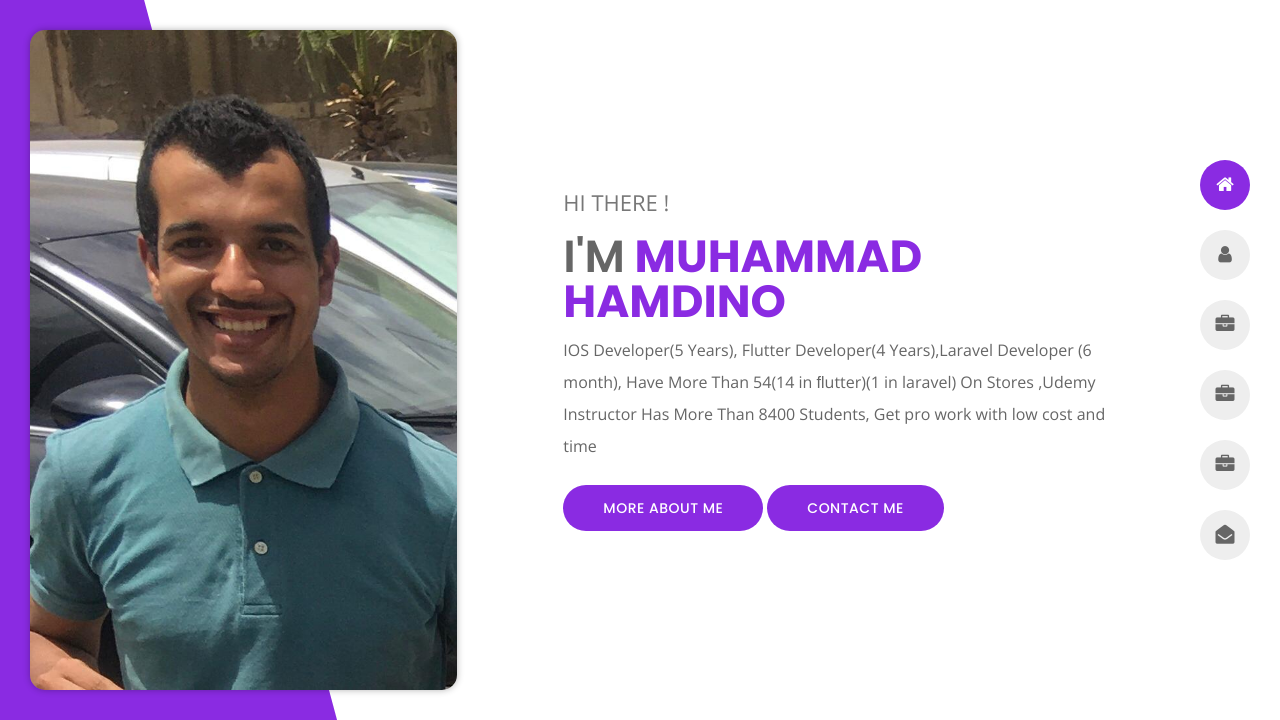
Repository: mhamdimno/mywebsite
Page: index.html
These files come from the project's save history. The page is drawn as it stood at one moment and after the next save; the edit follows.
The browser window is 1280 px wide. The pictures show the whole page.

Above is the page before, as saved 2023-06-03 15:29:02.

### index.html
<!DOCTYPE html>
<html lang="en">

<head>
    <meta charset="utf-8">
    <title>Personal Portfolio</title>
    <meta name="viewport" content="width=device-width, initial-scale=1">

    <!-- Template Google Fonts -->
    <link href="https://fonts.googleapis.com/css?family=Poppins:400,400i,500,500i,600,600i,700,700i,800,800i,900,900i" rel="stylesheet">
    <link href="https://fonts.googleapis.com/css?family=Open+Sans:300,400,400i,600,600i,700" rel="stylesheet">

    <!-- Template CSS Files -->
    <link href="css/bootstrap.min.css" rel="stylesheet">
    <link href="css/preloader.min.css" rel="stylesheet">
    <link href="css/circle.css" rel="stylesheet">
    <link href="css/font-awesome.min.css" rel="stylesheet">
    <link href="css/fm.revealator.jquery.min.css" rel="stylesheet">
    <link href="css/style.css" rel="stylesheet">

    <!-- Modernizr JS File -->
    <script src="js/modernizr.custom.js"></script>
</head>

<body class="home light">

<!-- Header Starts -->
<header class="header" id="navbar-collapse-toggle">
    <!-- Fixed Navigation Starts -->
    <ul class="icon-menu d-none d-lg-block revealator-slideup revealator-once revealator-delay1">
        <li class="icon-box active">
            <i class="fa fa-home"></i>
            <a href="index.html">
                <h2>Home</h2>
            </a>
        </li>
        <li class="icon-box">
            <i class="fa fa-user"></i>
            <a href="about.html">
                <h2>About</h2>
            </a>
        </li>
        <li class="icon-box">
            <i class="fa fa-briefcase"></i>
            <a href="portfolioIOS.html">
                <h2>IOS</h2>
            </a>
        </li>
        <li class="icon-box">
            <i class="fa fa-briefcase"></i>
            <a href="portfolioFlutter.html">
                <h2>Flutter</h2>
            </a>
        </li>
        <li class="icon-box">
            <i class="fa fa-briefcase"></i>
            <a href="portfolioLaravel.html">
                <h2>Laravel</h2>
            </a>
        </li>
        <li class="icon-box">
            <i class="fa fa-envelope-open"></i>
            <a href="contact.html">
                <h2>Contact</h2>
            </a>
        </li>

    </ul>
    <!-- Fixed Navigation Ends -->
    <!-- Mobile Menu Starts -->
    <nav role="navigation" class="d-block d-lg-none">
        <div id="menuToggle">
            <input type="checkbox" />
            <span></span>
            <span></span>
            <span></span>
            <ul class="list-unstyled" id="menu">
                <li class="active"><a href="index.html"><i class="fa fa-home"></i><span>Home</span></a></li>
                <li><a href="about.html"><i class="fa fa-user"></i><span>About</span></a></li>
                <li><a href="portfolioIOS.html"><i class="fa fa-folder-open"></i><span>IOS</span></a></li>
                <li><a href="portfolioFlutter.html"><i class="fa fa-folder-open"></i><span>Flutter</span></a></li>
                <li><a href="portfolioLaravel.html"><i class="fa fa-folder-open"></i><span>Laravel</span></a></li>

                <li><a href="contact.html"><i class="fa fa-envelope-open"></i><span>Contact</span></a></li>
            </ul>
        </div>
    </nav>
    <!-- Mobile Menu Ends -->
</header>
<!-- Header Ends -->
<!-- Main Content Starts -->
<section class="container-fluid main-container container-home p-0 revealator-slideup revealator-once revealator-delay1">
    <div class="color-block d-none d-lg-block"></div>
    <div class="row home-details-container align-items-center">
        <div class="col-lg-4 bg position-fixed d-none d-lg-block"></div>
        <div class="col-12 col-lg-8 offset-lg-4 home-details text-left text-sm-center text-lg-left">
            <div>
                <img src="img/img-mobile-light.jpg" class="img-fluid main-img-mobile d-none d-sm-block d-lg-none" alt="my picture" />
                <h6 class="text-uppercase open-sans-font mb-0 d-block d-sm-none d-lg-block">hi there !</h6>
                <h1 class="text-uppercase poppins-font"><span>I'm</span> Muhammad Hamdino</h1>
                <p class="open-sans-font">
                    IOS Developer(5 Years), Flutter Developer(4 Years),Laravel Developer (6 month), Have More Than 54(14 in ﬂutter)(1 in laravel) On Stores ,Udemy Instructor Has More Than 8400 Students,
                    Get pro work with low cost and time
                </p>
                <a href="about.html" class="btn btn-about">more about me</a>
                <a href="contact.html" class="btn btn-about">Contact me</a>
            </div>
        </div>
    </div>
</section>
<!-- Main Content Ends -->

<!-- Template JS Files -->
<script src="js/jquery-3.5.0.min.js"></script>
<script src="js/preloader.min.js"></script>
<script src="js/fm.revealator.jquery.min.js"></script>
<script src="js/imagesloaded.pkgd.min.js"></script>
<script src="js/masonry.pkgd.min.js"></script>
<script src="js/classie.js"></script>
<script src="js/cbpGridGallery.js"></script>
<script src="js/jquery.hoverdir.js"></script>
<script src="js/popper.min.js"></script>
<script src="js/bootstrap.js"></script>
<script src="js/custom.js"></script>

</body>

</html>

Loaded but not shown: css/bootstrap.min.css (library); css/preloader.min.css (common file); css/font-awesome.min.css (library); css/fm.revealator.jquery.min.css (common file); js/modernizr.custom.js (library); js/jquery-3.5.0.min.js (library); js/preloader.min.js (common file); js/fm.revealator.jquery.min.js (common file); js/imagesloaded.pkgd.min.js (library); js/masonry.pkgd.min.js (library); js/jquery.hoverdir.js (library); js/popper.min.js (library); js/bootstrap.js (library); js/cbpGridGallery.js (364 lines, source omitted); js/custom.js (142 lines, source omitted); js/classie.js (68 lines, source omitted); css/style.css (1791 lines, source omitted); css/circle.css (1054 lines, source omitted)

After the next save:
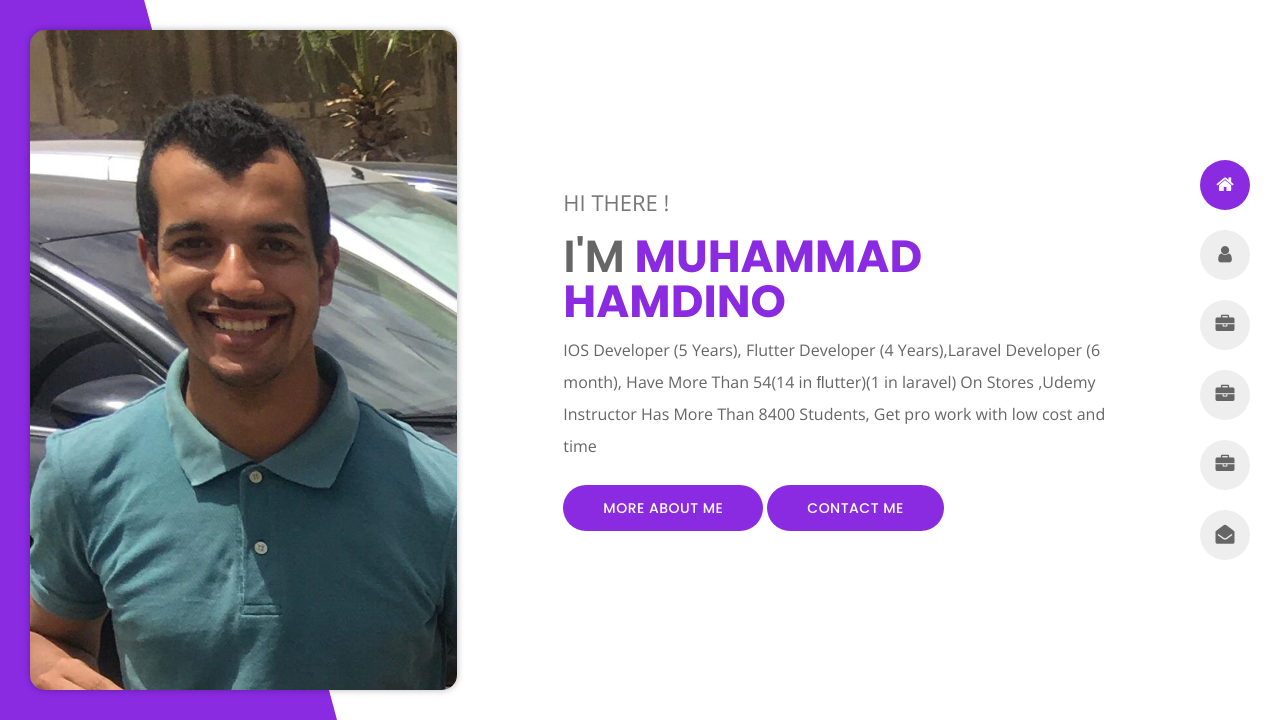
Saved 31 min 54 s later.
--- a/index.html
+++ b/index.html
@@ -99,7 +99,7 @@
                 <h6 class="text-uppercase open-sans-font mb-0 d-block d-sm-none d-lg-block">hi there !</h6>
                 <h1 class="text-uppercase poppins-font"><span>I'm</span> Muhammad Hamdino</h1>
                 <p class="open-sans-font">
-                    IOS Developer(5 Years), Flutter Developer(4 Years),Laravel Developer (6 month), Have More Than 54(14 in ﬂutter)(1 in laravel) On Stores ,Udemy Instructor Has More Than 8400 Students,
+                    IOS Developer (5 Years), Flutter Developer (4 Years),Laravel Developer (6 month), Have More Than 54(14 in ﬂutter)(1 in laravel) On Stores ,Udemy Instructor Has More Than 8400 Students,
                     Get pro work with low cost and time
                 </p>
                 <a href="about.html" class="btn btn-about">more about me</a>
